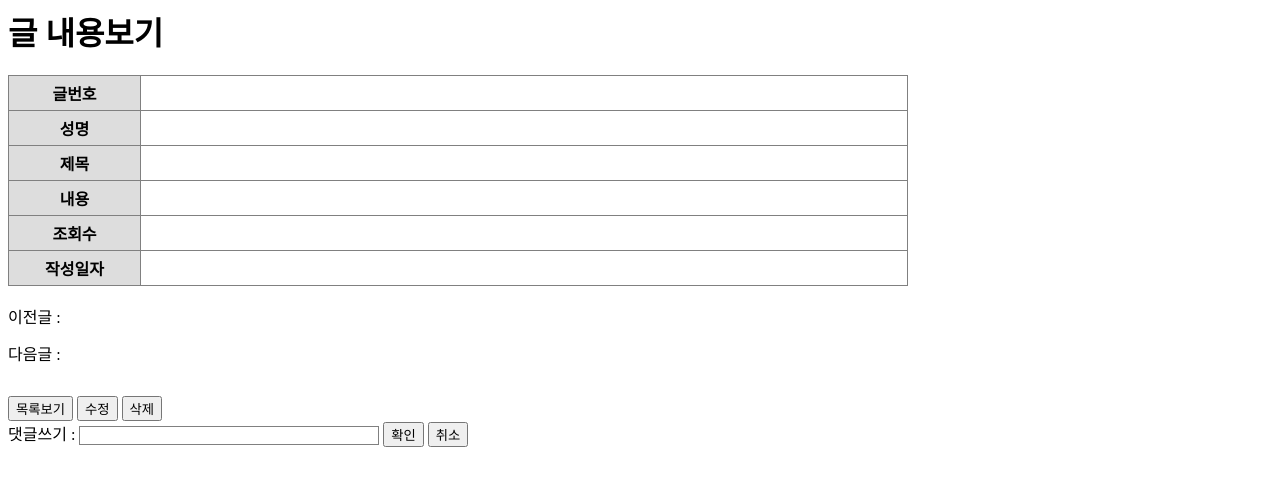
Repository: gold37/Spring
Page: http://localhost/Board/WEB-INF/views/tiles1/board/view.jsp
These files come from the project's save history. The page is drawn as it stood at one moment and after a run of saves; the edit follows.
The browser window is 1280 px wide. The pictures show the whole page.
The page is served by Tomcat 9. Nobody is signed in. The template is opened directly, without the code that normally fills it, so the values that code supplies are empty.

Above is the page before, as saved 2020-07-17 05:31:35.
Console error: ReferenceError: $ is not defined

After the next 3 saves:
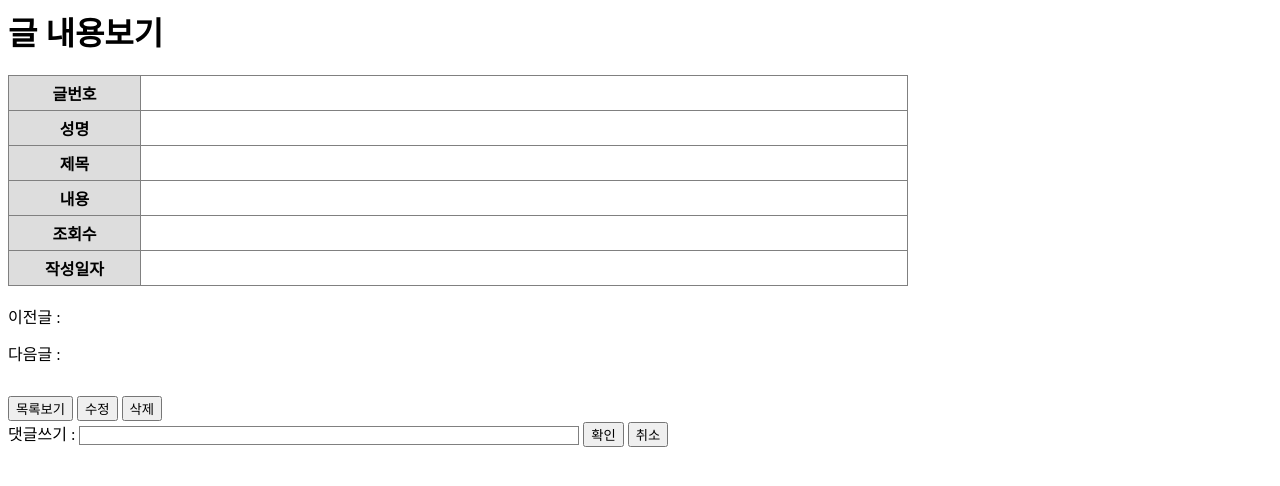
The 3 saves are shown as one change because they came seconds apart.
The last was saved 10 s later.
--- a/springworkspace/Board/src/main/webapp/WEB-INF/views/tiles1/board/view.jsp
+++ b/springworkspace/Board/src/main/webapp/WEB-INF/views/tiles1/board/view.jsp
@@ -96,7 +96,7 @@ a {text-decoration: none !important;}
 
 
 	<div>
-	댓글쓰기 : <input type="text" style="width: 300px; " >
+	댓글쓰기 : <input type="text" style="width: 500px; " >
 	<button>확인</button>
 	<button>취소</button>
 	</div>
